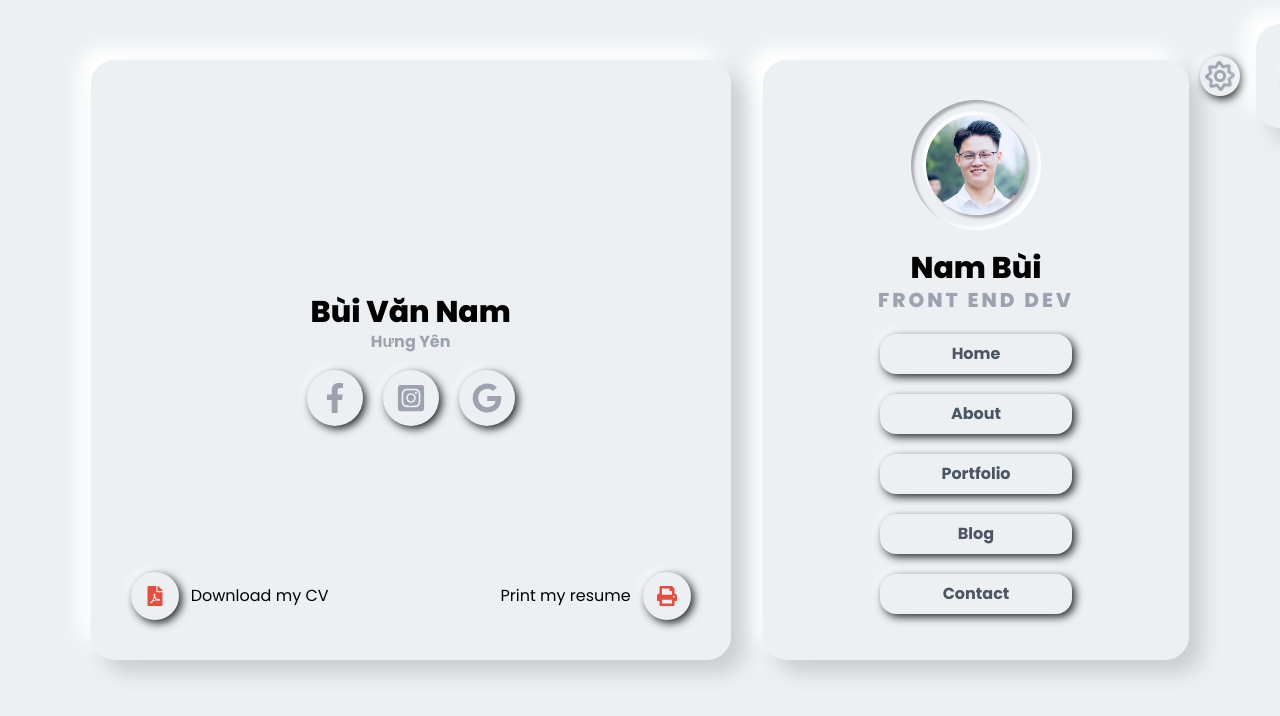
Repository: nambui98/profile_v2
Page: /
An editor plug-in stored every save of this project. The page is shown before and after the next save, followed by the edit.
The browser window is 1280 px wide. The pictures show the whole page.
The project was rebuilt for these pictures with package versions that can differ from the ones it lists, and the page was loaded fresh each time.

Above is the page before, as saved 2022-03-11 14:29:48.

### src/index.tsx
import React from 'react';
import ReactDOM from 'react-dom';
import './index.scss';
import App from './App';
import reportWebVitals from './reportWebVitals';
import { ThemeProvider } from './containers/ThemeContext';
import Background from './containers/Background';
import Toggle from './containers/ThemeToggle';
import Setting from './containers/Setting';
import { Example } from './components/menu/example';

ReactDOM.render(
  <React.StrictMode>
    <ThemeProvider>
      <Background>
        <div className="fixed right-0 top-0 mr-4 mt-2 md:mt-6 z-10">
          <Setting />
        </div>
        <Example />
        <App />
      </Background>
    </ThemeProvider>
  </React.StrictMode>,
  document.getElementById('root')
);

// If you want to start measuring performance in your app, pass a function
// to log results (for example: reportWebVitals(console.log))
// or send to an analytics endpoint. Learn more: https://bit.ly/CRA-vitals
reportWebVitals();

### src/index.scss
@tailwind base;
@tailwind components;
@tailwind utilities;
@import url('https://fonts.googleapis.com/css2?family=Poppins:wght@100;200;300;400;500;600;700;800;900&display=swap');
* {
    padding: 0;
    margin: 0;
}
@layer utilities {
    .btn-shadow{
    box-shadow: 3px 3px 8px #252525,
                -3px -3px 8px #fff;
    // width: 50px;
    // height: 50px;
    cursor: pointer;
    position: relative;
    display: flex;
    justify-content: center;
    align-items: center;
    outline:none;
    -webkit-tap-highlight-color: transparent;
    &:focus{
         outline:none;
         border-radius: 50%;
    }
    svg{
        transition: all 0.3s ease-in-out;
    }
    &::after{
        content: '';
        transition: opacity 0.3s ease-in-out;
        position: absolute;
        right: 0;
        top: 0;
        z-index: 2;
        width: 100%;
        height: 100%;
        opacity: 0;
        border-radius: inherit;
        outline:none;
        box-shadow:inset 3px 3px 8px #b1b1b1,
                inset -3px -3px 8px #fff;

    }
    &.fb{
        &:hover{
            box-shadow:none;
            &::after{
                opacity: 1;
            }
            svg{
                fill: #4267B2;
            }
        }
    }
     &.itg{
        &:hover{
            box-shadow:none;
            &::after{
                opacity: 1;
            }
            svg{
                fill: #e74c3c;
            }
        }
    }
    &.gg{
        &:hover{
            box-shadow:none;
            &::after{
                opacity: 1;
            }
            svg{
                fill: #4267B2;
            }
        }
    }
    &:hover{
        box-shadow:none;
        &::after{
            opacity: 1;
        }
        svg{
            fill: #e74c3c;
        }
    }
    &-dark{
        box-shadow: 5px 5px 10px #202020,
             -5px -5px 10px #2c2c2c;
        &::after{
            box-shadow:inset 5px 5px 10px #202020,
        inset -5px -5px 10px #2c2c2c;
        }
        &-50{
            box-shadow:  4px 4px 8px #202020,
                        -4px -4px 8px #2c2c2c;
                        &::after{
            box-shadow:inset 5px 5px 10px #202020,
        inset -5px -5px 10px #2c2c2c;

        }
         &:hover{
        box-shadow:none;
        &::after{
            opacity: 1;
        }
        svg{
            fill: #e74c3c;
        }
    }
        }
         &:hover{
        box-shadow:none;
        &::after{
            opacity: 1;
        }
        svg{
            fill: #e74c3c;
        }
    }
    }
}

.btn-shadow-darklight{
    box-shadow: 3px 3px 8px #b1b1b1,
                -3px -3px 8px #fff;
    // width: 50px;
    // height: 50px;
    cursor: pointer;
    position: relative;
    display: flex;
    justify-content: center;
    align-items: center;
    transition: all 0.3s ease-in-out;
    svg{
        transition: all 0.3s ease-in-out;
    }
    &::after{
        content: '';
        position: absolute;
        right: 0;
        top: 0;
        z-index: 2;
        width: 100%;
        height: 100%;
        opacity: 0;
        border-radius: 50%;
        box-shadow:inset 3px 3px 8px #b1b1b1,
                inset -3px -3px 8px #fff;

    }
    &:hover{
        box-shadow:none;
        &::after{
            opacity: 1;
        }
        svg{
            &.light{

                fill: #FCD34D;
            }
            &.dark{
                fill: #000;

            }
        }
    }
}
.wrap-avatar{
    display: flex;
    align-items: center;
    justify-content: center;
    width: 130px;
    height: 130px;
    border: none;
    border-radius: 50%;
    margin: 0 auto;
    box-shadow:
    inset 3px 3px 3px #a7aaaf,
    /* top left */
    inset -3px -3px 3px #fff;
    &-dark{
        box-shadow: inset 5px 5px 10px #202020, inset -5px -5px 10px #2c2c2c;
        img{
            box-shadow: 5px 5px 10px #202020,
             -5px -5px 10px #2c2c2c;
        }
    }
    .avatar{
        position: relative;
        // margin: 30px;
        width: 100px;
        height: 100px;
        img{
            position: absolute;
            top: 0;
            left: 0;
            height: 100%;
            width: 100%;
            object-fit: cover;
            border-radius: 50%;
            box-shadow:
            3px 3px 3px #a7aaaf,
            -3px -3px 3px #fff
        }
    }
}
.t-8{
    top:2rem;
}
}
.bg-app{
    background-color: #ecf0f3;
}





.setting{
    position: absolute !important;
}
.btn-shadow_action{
    border: none;
    color: #090909;
    padding: 0.7em 1.7em;
    font-size: 18px;
    border-radius: 0.5em;
    background: #ecf0f3;
    border: 1px solid #e8e8e8;
    transition: all .3s;
    box-shadow: 6px 6px 12px #c5c5c5,
                -6px -6px 12px #ffffff;
                &:hover{
                    color: #666;
 box-shadow: inset 4px 4px 12px #c5c5c5,
             inset -4px -4px 12px #ffffff;
                }
}

### src/App.tsx
import React from 'react';
import logo from './logo.svg';
import { FaFacebookF, FaFilePdf, FaGoogle, FaInstagram, FaInstagramSquare, FaPrint, FaRegSun } from "react-icons/fa";
import './App.scss';
import { Avatar } from './assets';
const colors = require('tailwindcss/colors')
function App() {
  return (
    <div className="App">
      <div className="flex h-screen w-screen items-center justify-center">
        <div className="flex w-full items-start justify-center" style={{ height: "600px" }}>
          <div className="relative rounded-3xl md:w-6/12 sm:w-10/12 smx:w-10/12 p-6 h-full mx-4 bg-app dark:bg-neutral-800 shadow-3xl dark:shadow-3xl-dark flex justify-center items-center flex-col">
            <h1 className="text-black dark:text-white text-3xl text-center font-extrabold">Bùi Văn Nam</h1>
            <p className="text-gray-400 dark:text-white tracking-widest font-bold">Hưng Yên</p>
            <div className="flex mt-4">
              <a href='https://www.facebook.com/songoku.bui/' target="_blank" className="btn-shadow dark:btn-shadow-dark fb rounded-full text-center w-14 h-14"><FaFacebookF className="text-3xl" fill={colors.coolGray[400]} /></a>
              <a href='https://www.instagram.com/nambui27/' target="_blank" className="btn-shadow dark:btn-shadow-dark itg rounded-full text-center w-14 h-14 mx-5"><FaInstagramSquare className="text-3xl" fill={colors.coolGray[400]} /></a>
              <a href='mailto:bvnam98@gmail.com' target="_blank" className="btn-shadow dark:btn-shadow-dark gg rounded-full text-center w-14 h-14"><FaGoogle className="text-3xl" fill={colors.coolGray[400]} /></a>
            </div>
            <div className="absolute bottom-10 2xl:right-20 2xl:left-20 md:right-10 md:left-10 flex items-center justify-between">
              <span className="flex items-center">
                <a
                  href='https://www.topcv.vn/xem-cv/UwJcB1FVVgBUCw5SAlpSBAtTBFJVXwlUVwJTVw0902'
                  className="btn-shadow dark:btn-shadow-dark rounded-full text-center w-12 h-12"
                ><FaFilePdf className="text-xl" fill={"#e74c3c"} />
                </a>
                <span className="ml-3 dark:text-white">Download my CV</span></span>
              <span className="flex flex-row-reverse items-center"><button className="btn-shadow dark:btn-shadow-dark rounded-full text-center w-12 h-12"><FaPrint className="text-xl" fill={"#e74c3c"} /></button><span className="mr-3 dark:text-white">Print my resume</span></span>
            </div>
          </div>
          <div className="rounded-3xl w-4/12 md:flex sm:hidden smx:hidden h-full mx-4 bg-app shadow-3xl dark:bg-neutral-800 dark:shadow-3xl-dark flex items-center flex-col py-10 px-6">
            <div className="wrap-avatar dark:wrap-avatar-dark">
              <div className="avatar">
                <img src={Avatar} alt="" />
              </div>
            </div>
            <h1 className="text-black dark:text-white font-extrabold tracking-widest text-3xl mt-5">Nam Bùi</h1>
            <h1 className="text-gray-400 dark:text-white font-extrabold tracking-max text-xl">FRONT END DEV</h1>
            <ul>
              <li className="text-gray-600 dark:text-white font-bold btn-shadow dark:btn-shadow-dark w-48 h-10 rounded-2xl mt-5">Home</li>
              <li className="text-gray-600 dark:text-white font-bold btn-shadow dark:btn-shadow-dark w-48 h-10 rounded-2xl mt-5">About</li>
              <li className="text-gray-600 dark:text-white font-bold btn-shadow dark:btn-shadow-dark w-48 h-10 rounded-2xl mt-5">Portfolio</li>
              <li className="text-gray-600 dark:text-white font-bold btn-shadow dark:btn-shadow-dark w-48 h-10 rounded-2xl mt-5">Blog</li>
              <li className="text-gray-600 dark:text-white font-bold btn-shadow dark:btn-shadow-dark w-48 h-10 rounded-2xl mt-5">Contact</li>
            </ul>
          </div>

        </div>
      </div>
    </div>
  );
}

export default App;

### src/containers/ThemeContext/index.tsx
import React, { createContext, useContext } from 'react';
export enum Theme {
    Dark = 'Dark',
    Light = 'Light',
}

export type ThemeContextType = {
    theme: Theme;
    setTheme: (Theme: Theme) => void;
}
const getInitialTheme = () => {
    if (typeof window !== 'undefined' && window.localStorage) {
        const storedPrefs = window.localStorage.getItem('color-theme');
        if (typeof storedPrefs === 'string') {
            return storedPrefs;
        }

        const userMedia = window.matchMedia('(prefers-color-scheme: dark)');
        if (userMedia.matches) {
            return 'dark';
        }
    }

    return 'light' // light theme as the default;
};

export const ThemeContext = createContext<ThemeContextType>({ theme: Theme.Dark, setTheme: theme => console.warn('no theme provider') });
export const useTheme = () => useContext(ThemeContext);
export const ThemeProvider = ({ initialTheme, children }: any) => {
    const [theme, setTheme] = React.useState<any>(getInitialTheme);

    const rawSetTheme = (rawTheme: any) => {
        const root = window.document.documentElement;
        const isDark = rawTheme === 'dark';

        root.classList.remove(isDark ? 'light' : 'dark');
        root.classList.add(rawTheme);

        localStorage.setItem('color-theme', rawTheme);
    };

    if (initialTheme) {
        rawSetTheme(initialTheme);
    }

    React.useEffect(() => {
        rawSetTheme(theme);
    }, [theme]);

    return (
        <ThemeContext.Provider value={{ theme, setTheme }}>
            {children}
        </ThemeContext.Provider>
    );
};

### src/containers/Background/index.jsx
import React from 'react';

const Background = ({ children }) => {
    return (
        <body className="bg-app dark:bg-neutral-800 transition-all">
            {children}
        </body>
    )
}

export default Background;

### src/containers/Setting/index.jsx
import React, { useState } from 'react'
import { FaMoon, FaRegSun, FaSun } from 'react-icons/fa'
import colors from 'tailwindcss/colors'
import { ThemeContext } from '../ThemeContext';
import vietnamimg from '../../assets/img/vietnam.png'
import usaimg from '../../assets/img/united-states.png'
export default function Setting() {
    const { theme, setTheme } = React.useContext(ThemeContext);
    const [active, setActive] = useState(false)
    return (<div className={`relative transform duration-500 ${active ? "translate-x-0" : "translate-x-40"}`}>
        <button className="btn-shadow dark:btn-shadow-dark-50 bg-app dark:bg-neutral-800 setting -left-56 top-8 rounded-full text-center w-10 h-10" onClick={() => setActive(!active)}>
            <FaRegSun class="animate-spin duration-1000 text-3xl" style={{ animationDuration: "2s" }} fill={colors.coolGray[400]} />
        </button>
        <div className={`absolute top-0 right-0 rounded-3xl flex justify-between p-7 shadow-3xl bg-app dark:bg-neutral-800 dark:shadow-3xl-dark`} >
            {/* <div className={`absolute `}> */}

            <button className="mr-2 btn-shadow dark:btn-shadow-dark-50 btn-setting rounded-full text-center w-12 h-12" onClick={() => setTheme(theme === 'dark' ? 'light' : 'dark')}>
                {theme === 'dark' ? (
                    <FaSun
                        className="text-gray-500 dark:text-gray-400 text-2xl cursor-pointer dark"
                    />
                ) : (
                    <FaMoon
                        className="text-gray-500 dark:text-gray-400 text-2xl cursor-pointer light"
                    />
                )}
            </button>
            <button className="ml-2 btn-setting rounded-full text-center w-12 h-12">
                <img src={vietnamimg} alt="" />
                {/* <FaRegSun class="animate-spin duration-1000 text-3xl" style={{ animationDuration: "2s" }} fill={colors.coolGray[400]} /> */}
            </button>
            {/* </div> */}
        </div>
    </div>
    )
}

### src/components/menu/example.jsx
import * as React from "react";
import { useRef } from "react";
import { motion, useCycle } from "framer-motion";
import { useDimensions } from "./use-dimentions";
import { MenuToggle } from "./menuToggle";
import { Navigation } from "./navigation";
import "./styles.scss"

const sidebar = {
  open: (height = 1000) => ({
    clipPath: `circle(${height * 2 + 200}px at 40px 40px)`,
    transition: {
      type: "spring",
      stiffness: 20,
      restDelta: 2
    }
  }),
  closed: {
    clipPath: "circle(30px at 40px 40px)",
    transition: {
      delay: 0.5,
      type: "spring",
      stiffness: 400,
      damping: 40
    }
  }
};

export const Example = () => {
  const [isOpen, toggleOpen] = useCycle(false, true);
  const containerRef = useRef(null);
  const { height } = useDimensions(containerRef);

  return (
    <motion.nav
      initial={false}
      animate={isOpen ? "open" : "closed"}
      custom={height}
      className="menu dark:menu-dark sm:block md:hidden"
      ref={containerRef}
    >
      <motion.div className="background" variants={sidebar} />
      <Navigation />
      <MenuToggle toggle={() => toggleOpen()} />
    </motion.nav>
  );
};

### src/assets/index.ts
import Avatar from './img/Logo.jpg'
export {
    Avatar
}

### src/components/menu/menuToggle.jsx
import * as React from "react";
import { motion } from "framer-motion";
import { ThemeContext } from "../../containers/ThemeContext";

const Path = props => {
  const { theme, setTheme } = React.useContext(ThemeContext);
  return (

    <motion.path
      fill=""
      strokeWidth="3"
      stroke={theme === 'dark' ? "#fff" : "#262626"}
      strokeLinecap="round"
      {...props}
    />
  )
};

export const MenuToggle = ({ toggle }) => (
  <button onClick={toggle} className="btn-shadow dark:btn-shadow-dark t-8">
    <svg width="23" height="23" viewBox="0 0 23 23" fill="#fff">
      <Path
        fill="#fff"
        variants={{
          closed: { d: "M 2 2.5 L 20 2.5" },
          open: { d: "M 3 16.5 L 17 2.5" }
        }}
      />
      <Path
        d="M 2 9.423 L 20 9.423"
        variants={{
          closed: { opacity: 1 },
          open: { opacity: 0 }
        }}
        transition={{ duration: 0.1 }}
      />
      <Path
        variants={{
          closed: { d: "M 2 16.346 L 20 16.346" },
          open: { d: "M 3 2.5 L 17 16.346" }
        }}
      />
    </svg>
  </button>
);

### src/components/menu/navigation.jsx
import * as React from "react";
import { motion } from "framer-motion";
import { MenuItem } from "./menuItem";

const variants = {
  open: {
    transition: { staggerChildren: 0.07, delayChildren: 0.2 }
  },
  closed: {
    transition: { staggerChildren: 0.05, staggerDirection: -1 }
  }
};

export const Navigation = () => (
  <motion.ul className="" variants={variants}>
    {itemIds.map((item, index) => (
      <MenuItem i={index} key={index} item={item} />
    ))}
  </motion.ul>
);

const itemIds = [
  {
    path: "/",
    name: "Home"
  },
  {
    path: "/",
    name: "About"
  },
  {
    path: "/",
    name: "Portfolio"
  },
  {
    path: "/",
    name: "Blog"
  },
  {
    path: "/",
    name: "Contact"
  },
];

### src/components/menu/styles.scss
@tailwind base;
@tailwind components;
@tailwind utilities;
@layer utilities {

  .menu{
      nav {
        position: absolute;
        top: 0;
        left: 0;
        bottom: 0;
        width: 300px;

      }
      &-dark{
        .background{

          background: #262626;

          box-shadow: 3px 3px 8px #202020,-3px -3px 8px #2c2c2c ;
        }
        button{
          box-shadow: 5px 5px 10px #202020,
                  -5px -5px 10px #2c2c2c;
          // color:#fff
          background: #262626;
        }
      }
      .background {
        position: absolute;
        top: 0;
        left: 0;
        bottom: 0;
        z-index: 1;
        width: 300px;
        background: #ecf0f3;

        box-shadow: 3px 3px 8px #b1b1b1,
                  -3px -3px 8px #fff;

      }

      button {
        outline: none;
        box-shadow: 3px 3px 8px #b1b1b1,
                  -3px -3px 8px #fff;
        border: none;
        -webkit-user-select: none;
        -moz-user-select: none;
        -ms-user-select: none;
        cursor: pointer;
        position: absolute;
        // top: 18px;
        left: 15px;
        width: 50px;
        height: 50px;
        border-radius: 50%;
        z-index: 2;
        background: #ecf0f3;
        display: flex;
        align-items: center;
        justify-content: center;
      }

      ul,
      li {
        margin: 0;
        padding: 0;
      }

      ul {
        padding: 25px;
        position: absolute;
        top: 100px;
        width: 230px;
        z-index: 2;
      }

      li {
        list-style: none;
        margin-bottom: 20px;
        display: flex;
        align-items: center;
        cursor: pointer;
      }

      .icon-placeholder {
        width: 40px;
        height: 40px;
        border-radius: 50%;
        flex: 40px 0;
        margin-right: 20px;
      }

      .text-placeholder {
        border-radius: 5px;
        width: 200px;
        padding: 8px 20px;
        flex: 1;
      }

      .refresh {
        padding: 10px;
        position: absolute;
        background: rgba(0, 0, 0, 0.4);
        border-radius: 10px;
        width: 20px;
        height: 20px;
        top: 10px;
        right: 10px;
        display: flex;
        justify-content: center;
        align-items: center;
        cursor: pointer;
      }

  }
}

### src/components/menu/menuItem.jsx
import * as React from "react";
import { motion } from "framer-motion";

const variants = {
  open: {
    y: 0,
    opacity: 1,
    transition: {
      y: { stiffness: 1000, velocity: -100 }
    }
  },
  closed: {
    y: 50,
    opacity: 0,
    transition: {
      y: { stiffness: 1000 }
    }
  }
};

const colors = ["#FF008C", "#D309E1", "#9C1AFF", "#7700FF", "#4400FF"];

export const MenuItem = ({ i, item }) => {
  const style = { border: `2px solid ${colors[i]}` };
  return (
    <motion.li
      variants={variants}
      whileHover={{ scale: 1.1 }}
      whileTap={{ scale: 0.95 }}
    >
      {/* <div className="icon-placeholder" style={style} /> */}
      <div className="text-placeholder" style={style}>{item.name}</div>
    </motion.li>
  );
};

### tailwind.config.js
const defaultTheme = require('tailwindcss/defaultTheme')
module.exports = {
  content: [
    "./src/**/*.{js,jsx,ts,tsx}",
  ],
  darkMode: 'class',
  theme: {
    screens: {

      // 'md': { 'max': '767px' },
      // => @media (max-width: 767px) { ... }

      'smx': { 'max': '639px' },
      // => @media (max-width: 639px) { ... }
      ...defaultTheme.screens,
    },
    extend: {},
    fontFamily: {
      sans: ['Poppins', 'sans-serif'],
      serif: ['Merriweather', 'serif'],
    },
    boxShadow: {
      '3xl': '13px 13px 20px #cbced1, -13px -13px 20px #fff',
      '3xl-dark': '13px 13px 20px #202020,-13px -13px 20px #2c2c2c ',
      'btn-shadow': '5px 5px 10px #202020,-5px -5px 10px #2c2c2c',
      'btn-shadow-5xl': '5px 5px 10px #1c1c1c,-5px -5px 10px #303030',
      '4xl': '12px 12px 25px #202020,-12px -12px 25px #2c2c2c',
    },
    letterSpacing: {
      max: '3px'
    }
  },
  variants: {
    extend: {},
  },
  plugins: [],
}

Loaded but not shown: public/index.html (common file); src/reportWebVitals.ts (common file); src/App.scss (common file); src/components/menu/use-dimentions.js (common file)

After the next save:
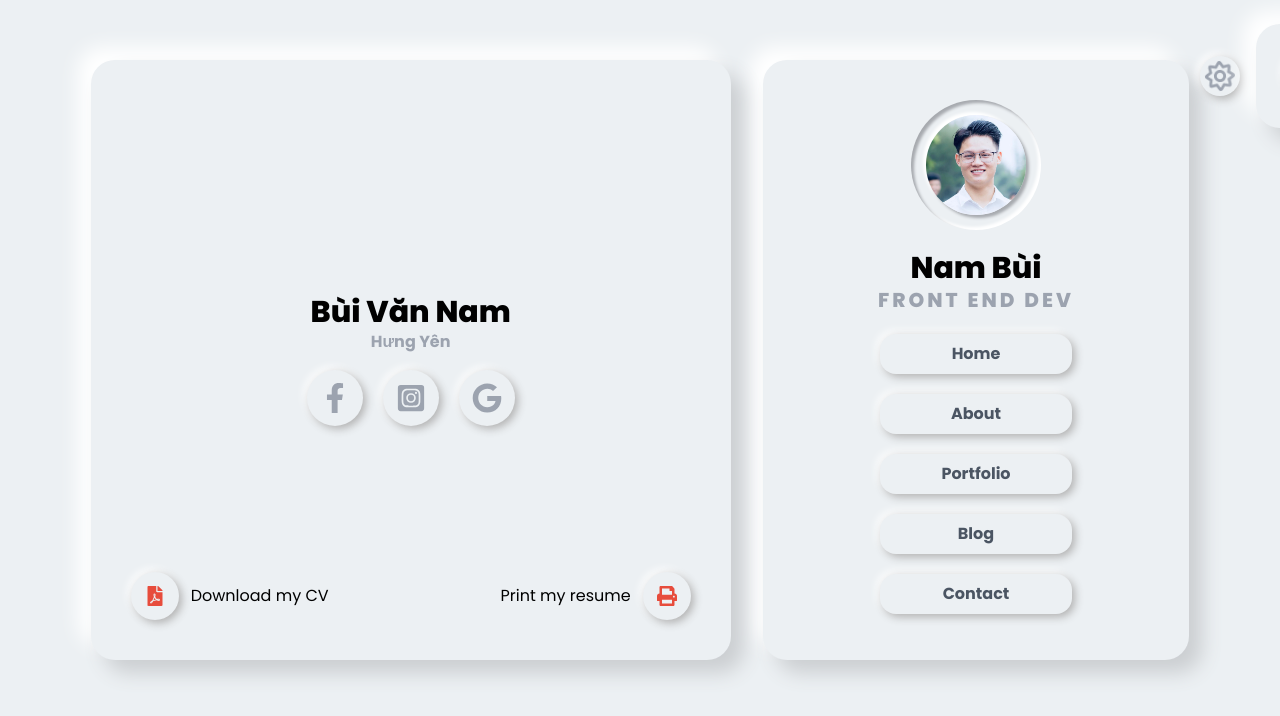
Saved 4 s later.
--- a/src/index.scss
+++ b/src/index.scss
@@ -8,7 +8,7 @@
 }
 @layer utilities {
     .btn-shadow{
-    box-shadow: 3px 3px 8px #252525,
+    box-shadow: 3px 3px 8px #b1b1b1,
                 -3px -3px 8px #fff;
     // width: 50px;
     // height: 50px;
